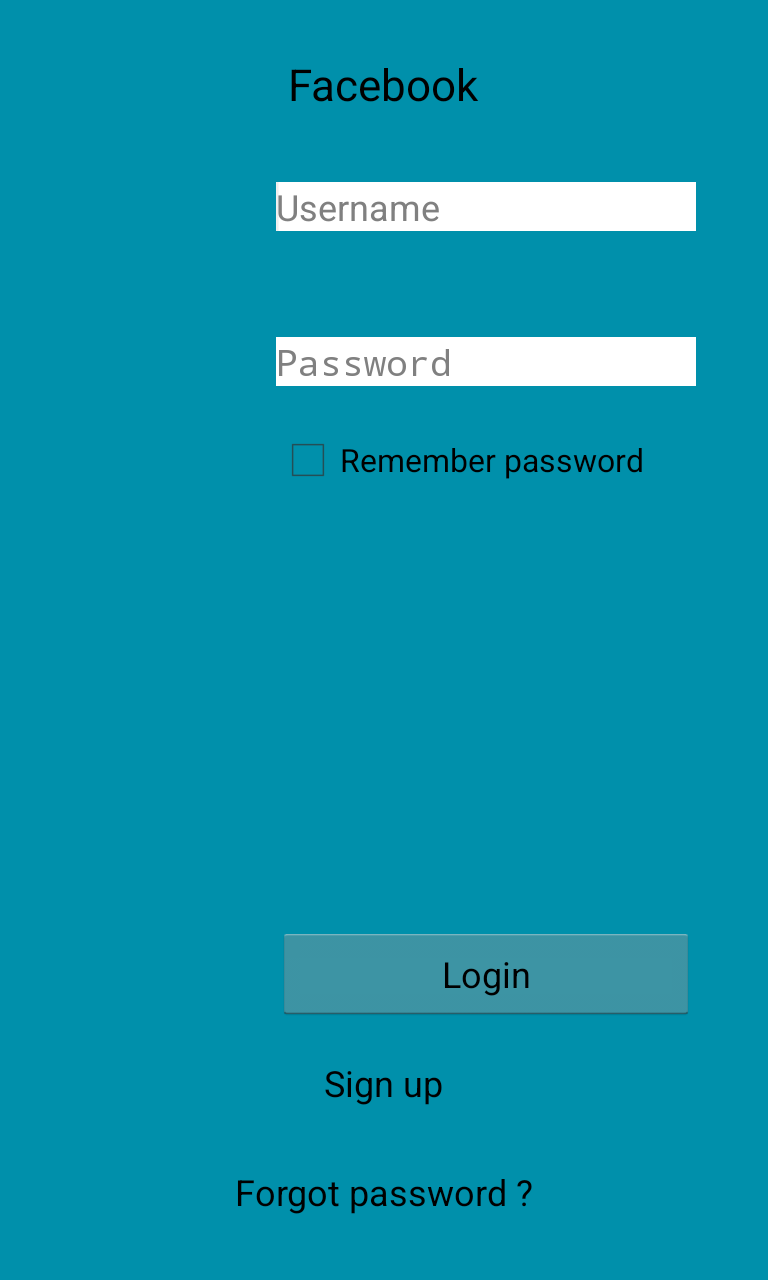
Repository: bharatpu/AndroidProject
Layout: Login/res/layout/manactivity.xml
An editor plug-in stored every save of this project. The layout is shown before and after the next save, followed by the edit.
It is drawn on a 768 x 1280 px phone screen (xhdpi) without system bars, with theme AppTheme; the app's code is not run.

Above is the layout before, as saved 2016-02-01 05:29:52.

### Login/res/layout/manactivity.xml
<?xml version="1.0" encoding="utf-8"?>
<RelativeLayout xmlns:android="http://schemas.android.com/apk/res/android"
    android:layout_width="match_parent"
    android:background="#0090AB"
    android:layout_height="match_parent" >

    <TextView
        android:id="@+id/textViewSignup"
        android:layout_width="wrap_content"
        android:layout_height="wrap_content"
        android:layout_above="@+id/textView2"
        android:layout_centerHorizontal="true"
        android:layout_marginBottom="30dp"
        android:text="Sign up"
        android:textAppearance="?android:attr/textAppearanceMedium" />

    <CheckBox
        android:id="@+id/checkBoxRememberpass"
        android:layout_width="wrap_content"
        android:layout_height="wrap_content"
        android:layout_alignLeft="@+id/editTextpassword"
        android:layout_below="@+id/editTextpassword"
        android:layout_marginTop="21dp"
        android:text="Remember password" />

    <EditText
        android:id="@+id/editTextpassword"
        android:layout_width="wrap_content"
        android:layout_height="wrap_content"
        android:layout_alignParentRight="true"
        android:layout_below="@+id/editTextusername"
        android:layout_marginRight="36dp"
        android:layout_marginTop="53dp"
        android:background="#ffffff"
        android:ems="10"
        android:hint="Password"
        android:inputType="textPassword" />

    <TextView
        android:id="@+id/textView2"
        android:layout_width="wrap_content"
        android:layout_height="wrap_content"
        android:layout_alignParentBottom="true"
        android:layout_centerHorizontal="true"
        android:layout_marginBottom="32dp"
        android:text="Forgot password ?"
        android:textAppearance="?android:attr/textAppearanceMedium" />

    <Button
        android:id="@+id/buttonLogin"
        android:layout_width="wrap_content"
        android:layout_height="wrap_content"
        android:layout_above="@+id/textViewSignup"
        android:layout_alignLeft="@+id/checkBoxRememberpass"
        android:layout_alignRight="@+id/editTextusername"
        android:layout_marginBottom="18dp"
        android:text="Login" />

    <EditText
        android:id="@+id/editTextusername"
        android:layout_width="wrap_content"
        android:layout_height="wrap_content"
        android:layout_alignLeft="@+id/editTextpassword"
        android:layout_alignParentTop="true"
        android:layout_marginTop="91dp"
        android:background="#ffffff"
        android:ems="10"
        android:hint="Username" >

        <requestFocus />
    </EditText>

    <TextView
        android:id="@+id/textView1"
        android:layout_width="wrap_content"
        android:layout_height="wrap_content"
        android:layout_alignParentTop="true"
        android:layout_centerHorizontal="true"
        android:layout_marginTop="27dp"
        android:text="Facebook"
        android:textAppearance="?android:attr/textAppearanceLarge"
        />

</RelativeLayout>

Loaded but not shown: Login/res/values/styles.xml (common file); Login/res/values-v11/styles.xml (common file); Login/res/values-v14/styles.xml (common file)

After the next save:
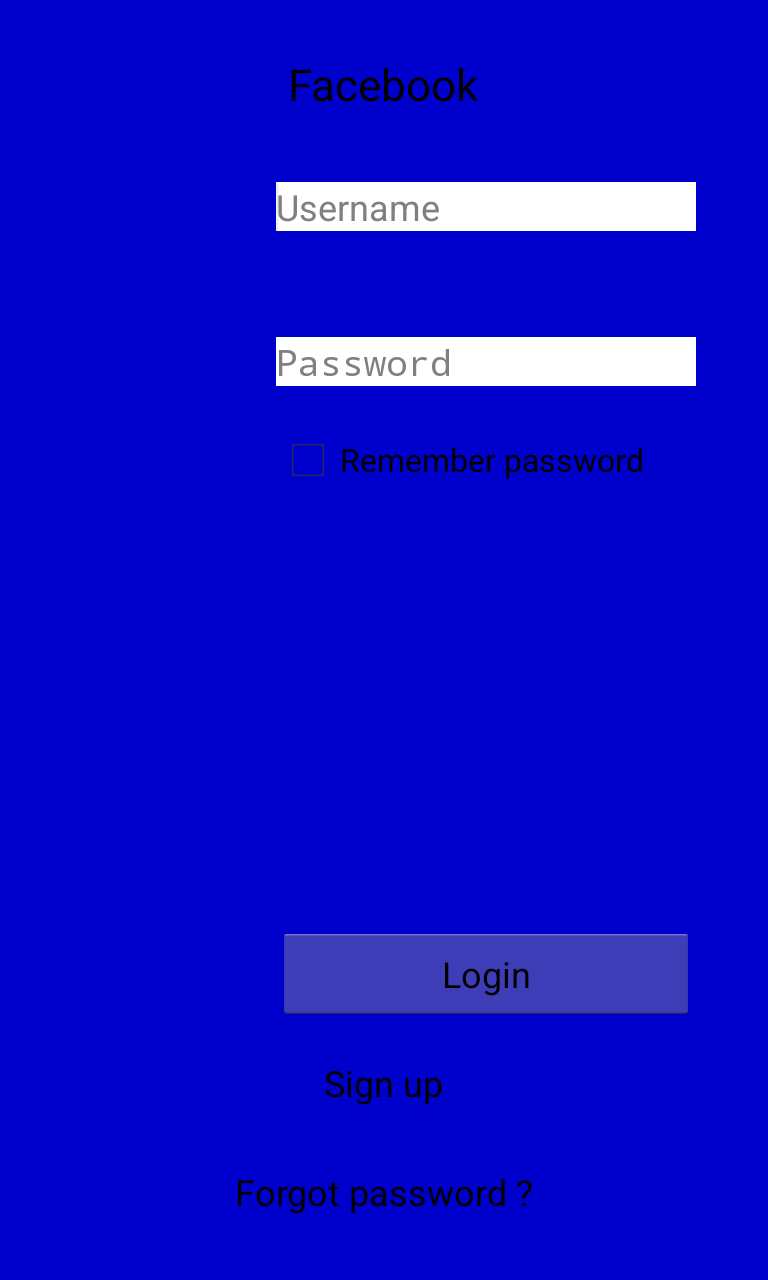
Saved 41 s later.
--- a/Login/res/layout/manactivity.xml
+++ b/Login/res/layout/manactivity.xml
@@ -1,7 +1,7 @@
 <?xml version="1.0" encoding="utf-8"?>
 <RelativeLayout xmlns:android="http://schemas.android.com/apk/res/android"
     android:layout_width="match_parent"
-    android:background="#0090AB"
+    android:background="#ff0000cd"
     android:layout_height="match_parent" >
 
     <TextView
